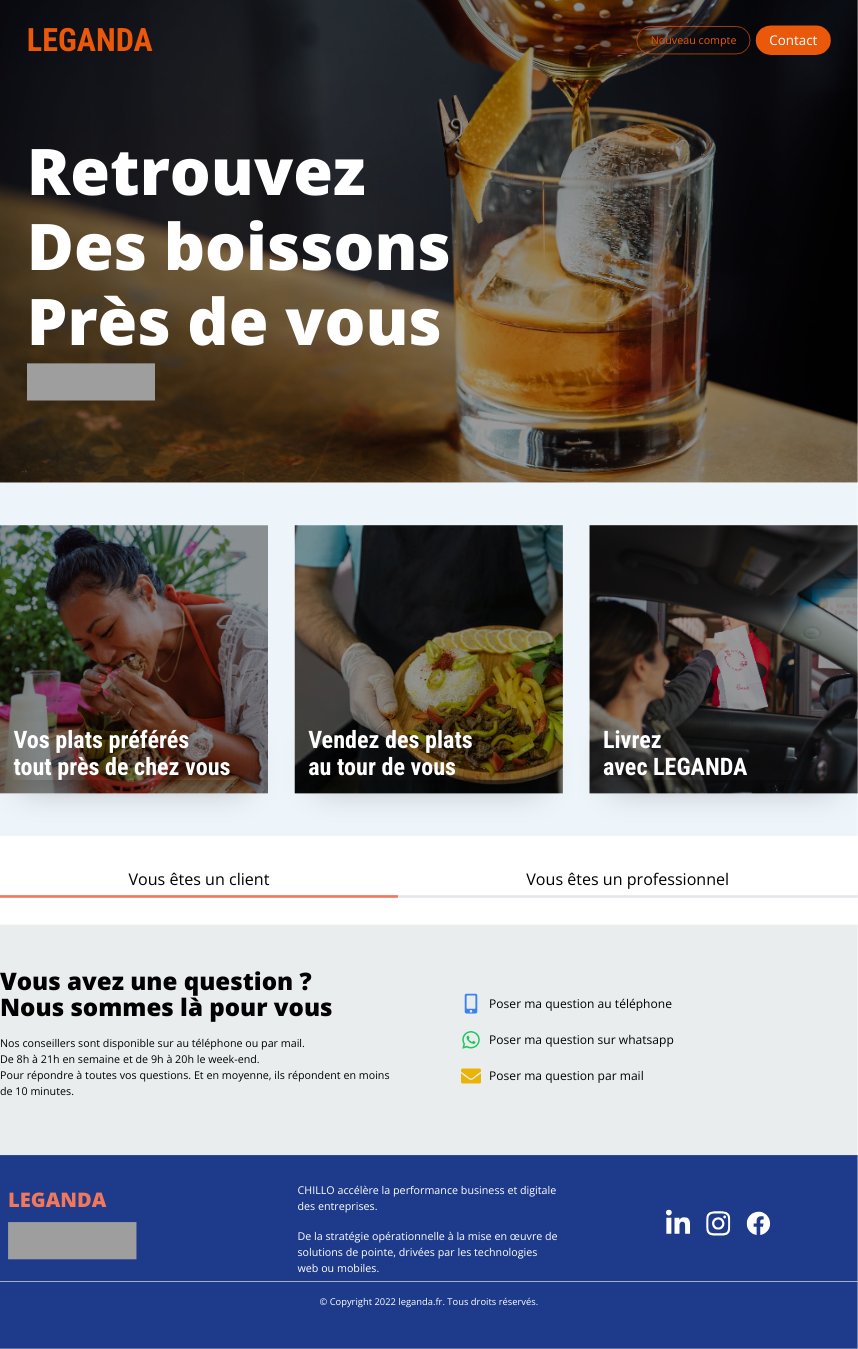
Repository: chillo-tech/website-leganda
Page: /
These files come from the project's save history. The page is drawn as it stood at one moment and after the next save; the edit follows.
The browser window is 1280 px wide. The pictures show the whole page, at 67% of full size.
Pictures or frames that could not be fetched are drawn as grey boxes. The project was rebuilt for these pictures with package versions that can differ from the ones it lists, and the page was loaded fresh each time. Some packages were replaced by stand-ins written for this rebuild. The framework's server and built-in components were replaced by stand-ins that run in the browser. Also part of the build but not shown: next.config.js, components/header/items/SearchBar.tsx.

Above is the page before, as saved 2023-02-09 11:29:41.

After the next save:
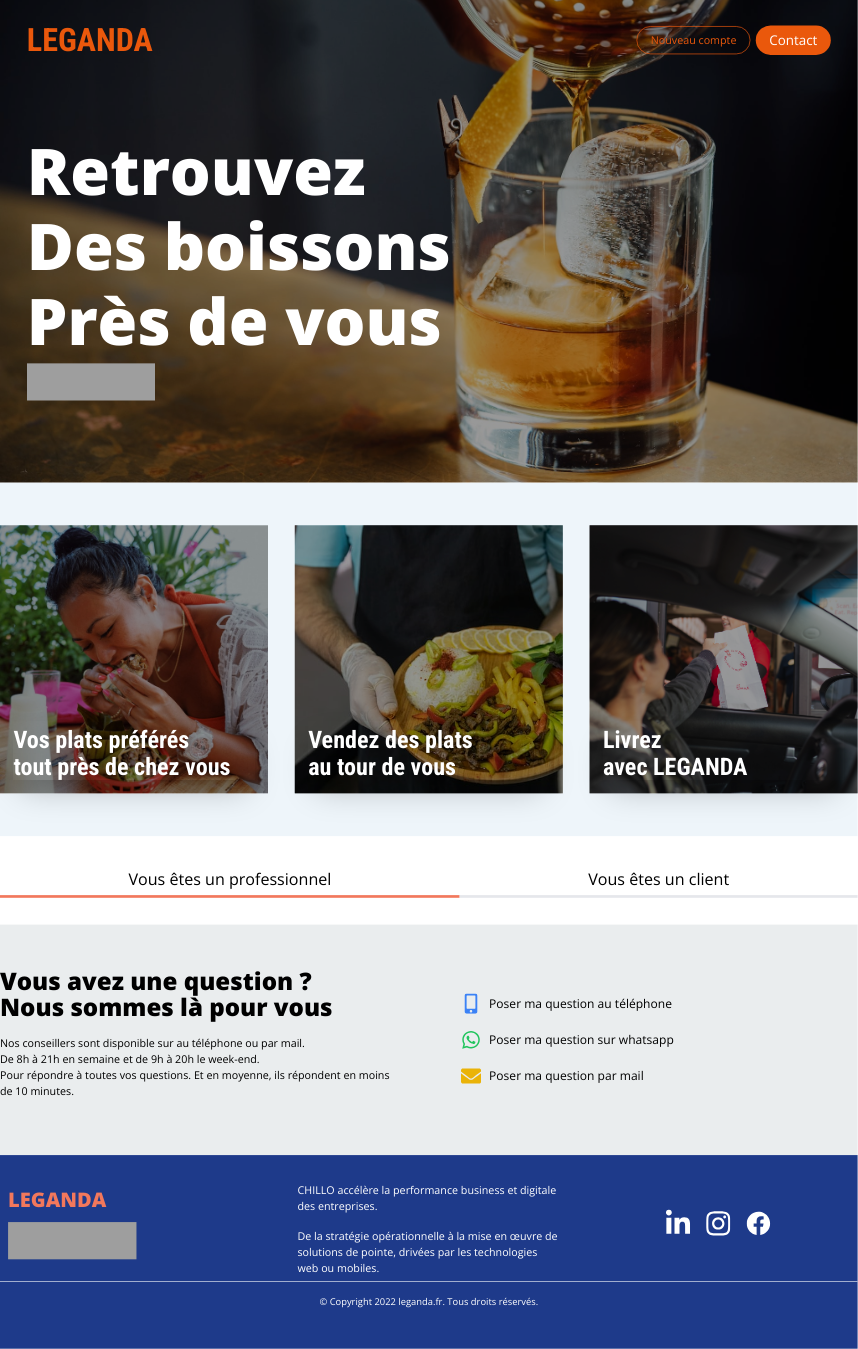
Saved 18 s later.
--- a/utils/how-it-works.ts
+++ b/utils/how-it-works.ts
@@ -1,10 +1,10 @@
-const HOW_IT_WORKS: any = [
+const HOW_IT_WORKS: any = [{
+  "label": "Vous êtes un professionnel"
+},
   {
     "label": "Vous êtes un client"
-  },
-  {
-    "label": "Vous êtes un professionnel"
   }
+
 ]
 
 export {HOW_IT_WORKS}
